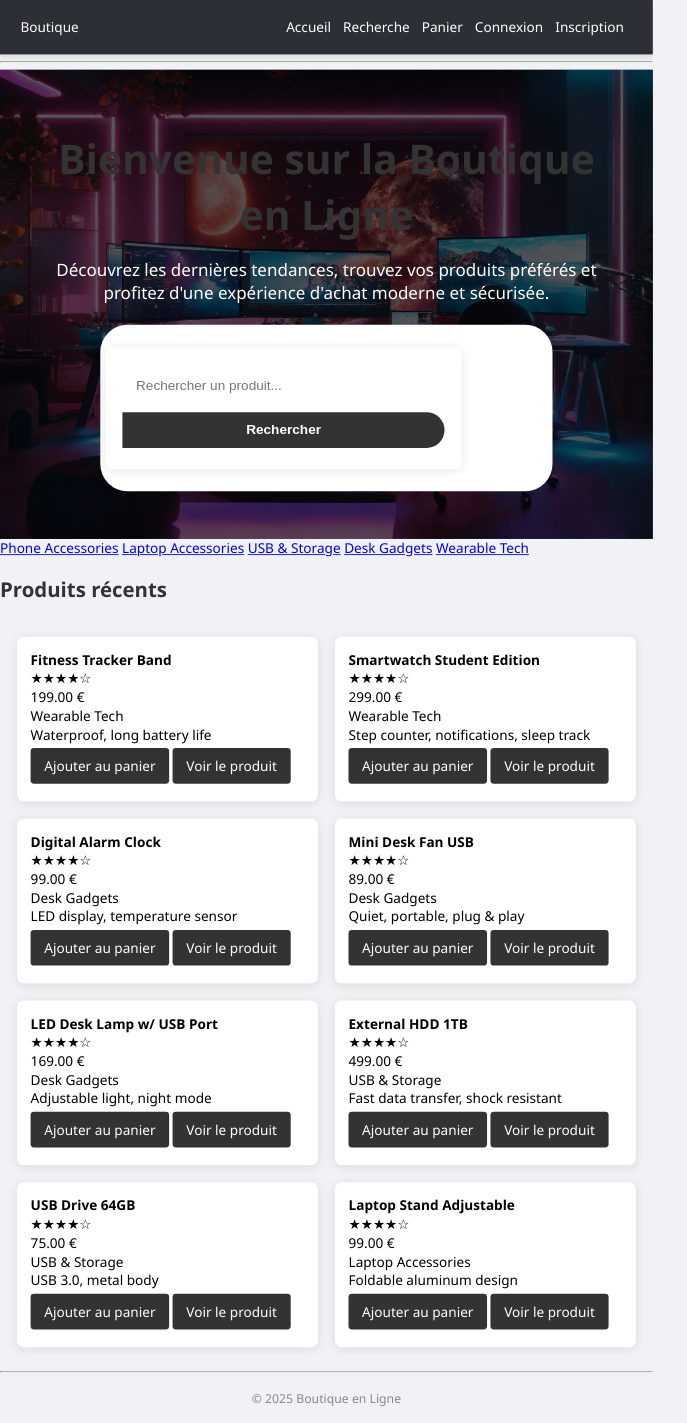
Repository: kiraj-walid/ecomerce
Page: http://localhost/
The author's editor kept a copy of each file at every save. The page is drawn from the files as they stood at one save, then again after the next save.
The browser window is 768 px wide. The page is 768 px wide, then 808 px, so the pictures cover 808 px, including what lies to the right of the window. The pictures show the whole page, at 85% of full size.
The page is run by PHP 8.4 with error messages shown; the project is at /var/www/html/. The database holds what the project's SQL file puts in it. Queries for data that is not in the repository find no rows.

Above is the page before, as saved 2025-05-07 14:59:21.

### index.php
<?php
require_once 'includes/db.php';
require_once 'includes/functions.php';
include 'includes/header.php';

// Récupérer les 8 derniers produits
$products = $pdo->query('SELECT * FROM produits ORDER BY id DESC LIMIT 8')->fetchAll();

// Fetch categories for quick filters
$categories = $pdo->query("SELECT DISTINCT categorie FROM produits WHERE categorie IS NOT NULL AND categorie != ''")->fetchAll(PDO::FETCH_COLUMN);
?>

<div class="hero-section">
    <img src="assets/images/landingpage.webp" alt="Boutique en Ligne" class="hero-bg-img">
    <div class="hero-overlay"></div>
    <div class="hero-content">
        <div class="hero-text">
            <h1>Bienvenue sur la Boutique en Ligne</h1>
            <p>Découvrez les dernières tendances, trouvez vos produits préférés et profitez d'une expérience d'achat moderne et sécurisée.</p>
        </div>
        <div class="hero-search">
            <form action="search.php" method="GET">
                <input type="text" name="q" placeholder="Rechercher un produit..." class="search-input">
                <button type="submit" class="hero-btn">Rechercher</button>
            </form>
        </div>
    </div>
</div>

<?php if (!empty($categories)) : ?>
<div class="category-filters">
    <?php foreach ($categories as $cat) : ?>
        <a href="search.php?category=<?= urlencode($cat) ?>" class="category-card"><?= htmlspecialchars($cat) ?></a>
    <?php endforeach; ?>
</div>
<?php endif; ?>

<h2 class="recent-products-title">Produits récents</h2>

<?php if (count($products) === 0) : ?>
    <p class="no-products">Aucun produit disponible.</p>
<?php else : ?>
    <div class="product-listing">
    <?php foreach ($products as $prod) : ?>
        <div class="product-card">
            <?php
            $stmt_imgs = $pdo->prepare('SELECT image FROM images_produit WHERE produit_id = ?');
            $stmt_imgs->execute([$prod['id']]);
            $images = $stmt_imgs->fetchAll(PDO::FETCH_COLUMN);
            ?>
            <div class="product-gallery">
                <?php if ($images && count($images) > 0): ?>
                    <span onclick="prevImg(<?= $prod['id'] ?>)" class="gallery-arrow gallery-arrow-left">
                        <svg width="24" height="24" viewBox="0 0 24 24"><polyline points="15 18 9 12 15 6" fill="none" stroke="#333" stroke-width="2" stroke-linecap="round" stroke-linejoin="round"/></svg>
                    </span>
                    <img src="assets/images/<?= htmlspecialchars($images[0]) ?>" alt="<?= htmlspecialchars($prod['nom']) ?>" id="main-img-<?= $prod['id'] ?>">
                    <span onclick="nextImg(<?= $prod['id'] ?>)" class="gallery-arrow gallery-arrow-right">
                        <svg width="24" height="24" viewBox="0 0 24 24"><polyline points="9 6 15 12 9 18" fill="none" stroke="#333" stroke-width="2" stroke-linecap="round" stroke-linejoin="round"/></svg>
                    </span>
                    <?php if (count($images) > 1): ?>
                        <script>
                        var imgs<?= $prod['id'] ?> = <?= json_encode($images) ?>;
                        var idx<?= $prod['id'] ?> = 0;
                        function nextImg(pid) {
                            if (window['idx'+pid] < window['imgs'+pid].length-1) window['idx'+pid]++;
                            else window['idx'+pid]=0;
                            document.getElementById('main-img-'+pid).src = 'assets/images/' + window['imgs'+pid][window['idx'+pid]];
                        }
                        function prevImg(pid) {
                            if (window['idx'+pid] > 0) window['idx'+pid]--;
                            else window['idx'+pid]=window['imgs'+pid].length-1;
                            document.getElementById('main-img-'+pid).src = 'assets/images/' + window['imgs'+pid][window['idx'+pid]];
                        }
                        window['imgs'+<?= $prod['id'] ?>] = imgs<?= $prod['id'] ?>;
                        window['idx'+<?= $prod['id'] ?>] = 0;
                        </script>
                    <?php endif; ?>
                <?php endif; ?>
            </div>
            <strong><?= htmlspecialchars($prod['nom']) ?></strong><br>
            <div class="product-rating">★★★★☆</div>
            <span><?= number_format($prod['prix'], 2) ?> €</span><br>
            <span><?= htmlspecialchars($prod['categorie']) ?></span><br>
            <div class="product-desc">
                <?= htmlspecialchars(mb_strimwidth($prod['description'], 0, 80, '...')) ?>
            </div>
            <a href="cart.php?add=<?= $prod['id'] ?>" class="add-to-cart-btn">Ajouter au panier</a>
            <a href="product.php?id=<?= $prod['id'] ?>" class="product-details-btn">Voir le produit</a>
        </div>
    <?php endforeach; ?>
    </div>
<?php endif; ?>

<?php include 'includes/footer.php'; ?>

### includes/db.php
<?php
// Connexion à la base de données
$host = 'localhost';
$db   = 'boutique';
$user = 'root';
$pass = '';
$charset = 'utf8mb4';

$dsn = "mysql:host=$host;dbname=$db;charset=$charset";
$options = [
    PDO::ATTR_ERRMODE            => PDO::ERRMODE_EXCEPTION,
    PDO::ATTR_DEFAULT_FETCH_MODE => PDO::FETCH_ASSOC,
    PDO::ATTR_EMULATE_PREPARES   => false,
];
try {
     $pdo = new PDO($dsn, $user, $pass, $options);
} catch (PDOException $e) {
     exit('Erreur de connexion à la base de données : ' . $e->getMessage());
}

### includes/functions.php
<?php
session_start();

function is_logged_in() {
    return isset($_SESSION['user_id']);
}

function is_admin() {
    return isset($_SESSION['role']) && $_SESSION['role'] === 'admin';
}

function redirect($url) {
    header('Location: ' . $url);
    exit();
}

### includes/header.php
<?php
require_once __DIR__ . '/functions.php';
?>
<!DOCTYPE html>
<html lang="fr">
<head>
    <meta charset="UTF-8">
    <title>Boutique en Ligne</title>
    <link rel="stylesheet" href="assets/css/style.css">
</head>
<body>
<nav class="navbar">
    <div class="navbar-container">
        <a href="index.php" class="navbar-logo">Boutique</a>
        <div class="navbar-links">
            <a href="index.php">Accueil</a>
            <a href="search.php">Recherche</a>
            <a href="cart.php">Panier</a>
            <?php if (is_logged_in()): ?>
                <?php if (is_admin()): ?>
                    <a href="admin/dashboard.php">Admin</a>
                <?php else: ?>
                    <a href="profile.php">Mon Profil</a>
                <?php endif; ?>
                <a href="logout.php" class="logout">Déconnexion</a>
            <?php else: ?>
                <a href="login.php">Connexion</a>
                <a href="register.php">Inscription</a>
            <?php endif; ?>
        </div>
    </div>
</nav>
<hr>

### includes/footer.php
<hr>
<footer>
    <p>&copy; <?php echo date('Y'); ?> Boutique en Ligne</p>
</footer>
</body>
</html>

### assets/css/style.css
body {
    font-family: 'Segoe UI', sans-serif;
    background-color: #f0f2f5;
    margin: 0;
    padding: 0;
    overflow-x: hidden;
  }

  nav {
    background-color: #333;
    color: #fff;
    padding: 10px;
  }

  nav a {
    color: #fff;
    margin-right: 10px;
    text-decoration: none;
  }

  h1, h2 {
    color: #333;
  }

  form {
    background-color: #fff;
    padding: 20px;
    margin: 20px 0;
    border-radius: 8px;
    max-width: 400px;
    box-shadow: 0px 2px 12px rgba(0, 0, 0, 0.1);
  }

  input, button {
    margin: 5px 0;
    padding: 12px;
    width: 100%;
    box-sizing: border-box;
  }

  footer {
    text-align: center;
    color: #888;
    font-size: 0.9em;
    margin: 20px 0;
  }

  .navbar {
    background-color: #2c2f35;
    color: #fff;
    padding: 0;
    box-shadow: 0px 4px 8px rgba(0, 0, 0, 0.1);
  }

  .navbar-container {
    max-width: 1200px;
    margin: 0 auto;
    display: flex;
    align-items: center;
    justify-content: space-between;
    padding: 0 24px;
    height: 64px;
  }

  .hero-section {
    position: relative;
    width: 100%;
    min-height: 420px;
    display: flex;
    align-items: center;
    justify-content: center;
    overflow: hidden;
    background-color: #1a1d21;
  }

  .hero-bg-img {
    position: absolute;
    width: 100%;
    height: 100%;
    object-fit: cover;
    z-index: 1;
    opacity: 0.85;
  }

  .hero-overlay {
    position: absolute;
    width: 100%;
    height: 100%;
    background-color: rgba(0, 0, 0, 0.6);
    z-index: 2;
  }

  .hero-content {
    position: relative;
    z-index: 3;
    text-align: center;
    color: #fff;
    padding: 40px;
  }

  .hero-text h1 {
    font-size: 3em;
    margin-bottom: 16px;
    font-weight: bold;
  }

  .hero-text p {
    font-size: 1.25em;
    margin-bottom: 24px;
  }

  .hero-search {
    display: flex;
    align-items: center;
    background-color: #fff;
    border-radius: 32px;
    box-shadow: 0 2px 12px rgba(0, 0, 0, 0.1);
    width: 90%;
    max-width: 520px;
    margin: 16px auto;
    padding: 6px;
  }

  .hero-search input {
    flex: 1;
    padding: 12px 16px;
    border: none;
    border-radius: 32px 0 0 32px;
    outline: none;
    font-size: 1em;
  }

  .hero-search button {
    padding: 12px 24px;
    border: none;
    background-color: #333;
    color: #fff;
    border-radius: 0 32px 32px 0;
    cursor: pointer;
    font-weight: bold;
    font-size: 1em;
  }

  .hero-search button:hover {
    background-color: #555;
  }

  .product-listing {
    display: grid;
    grid-template-columns: repeat(auto-fill, minmax(250px, 1fr));
    gap: 20px;
    padding: 20px;
  }

  .product-card {
    background-color: #fff;
    padding: 16px;
    border-radius: 8px;
    box-shadow: 0px 2px 12px rgba(0, 0, 0, 0.1);
    transition: transform 0.3s, box-shadow 0.3s;
  }

  .product-card:hover {
    transform: translateY(-4px);
    box-shadow: 0px 4px 16px rgba(0, 0, 0, 0.15);
  }

  .product-gallery img {
    width: 100%;
    height: auto;
    border-radius: 6px;
    margin-bottom: 8px;
  }

  .add-to-cart-btn, .product-details-btn {
    display: inline-block;
    padding: 10px 16px;
    margin: 5px 0;
    background-color: #333;
    color: #fff;
    text-decoration: none;
    border-radius: 4px;
    transition: background-color 0.3s;
  }

  .add-to-cart-btn:hover, .product-details-btn:hover {
    background-color: #555;
  }

### sql/schema.sql (the tables this page reads)
CREATE TABLE IF NOT EXISTS produits (
    id INT AUTO_INCREMENT PRIMARY KEY,
    nom VARCHAR(100),
    description TEXT,
    prix DECIMAL(10,2),
    categorie VARCHAR(50),
    image VARCHAR(255)
);

INSERT INTO produits (nom, prix, description, categorie) VALUES
('Silicone Phone Case', 39, 'Ultra-thin, shockproof, multiple colors', 'Phone Accessories'),
('Wireless Earbuds', 129, 'Bluetooth 5.0, 4h battery life', 'Phone Accessories'),
('Magnetic Phone Holder', 49, 'For car or desk, 360° rotation', 'Phone Accessories'),
('Fast Charging Cable (Type-C)', 29, 'Braided, durable, 1.5m length', 'Phone Accessories');

INSERT INTO produits (nom, prix, description, categorie) VALUES
('Laptop Cooling Pad', 139, '5 silent fans, adjustable tilt angles', 'Laptop Accessories'),
('Wireless Mouse', 79, 'Compact, USB receiver included', 'Laptop Accessories'),
('Laptop Stand Adjustable', 99, 'Foldable aluminum design', 'Laptop Accessories');

INSERT INTO produits (nom, prix, description, categorie) VALUES
('USB Drive 64GB', 75, 'USB 3.0, metal body', 'USB & Storage'),
('External HDD 1TB', 499, 'Fast data transfer, shock resistant', 'USB & Storage');

INSERT INTO produits (nom, prix, description, categorie) VALUES
('LED Desk Lamp w/ USB Port', 169, 'Adjustable light, night mode', 'Desk Gadgets'),
('Mini Desk Fan USB', 89, 'Quiet, portable, plug & play', 'Desk Gadgets'),
('Digital Alarm Clock', 99, 'LED display, temperature sensor', 'Desk Gadgets');

INSERT INTO produits (nom, prix, description, categorie) VALUES
('Smartwatch Student Edition', 299, 'Step counter, notifications, sleep track', 'Wearable Tech'),
('Fitness Tracker Band', 199, 'Waterproof, long battery life', 'Wearable Tech');

After the next save:
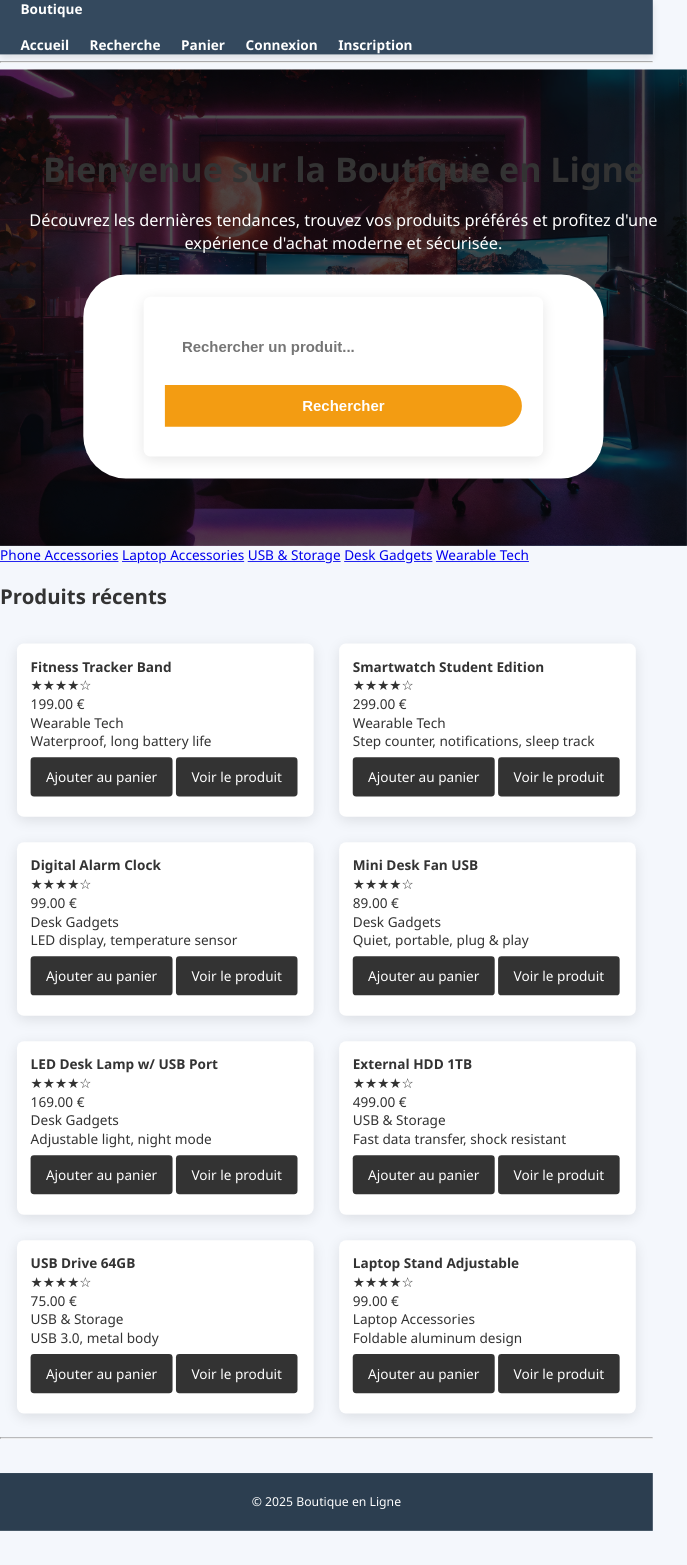
Saved 57 s later.
--- a/assets/css/style.css
+++ b/assets/css/style.css
@@ -1,21 +1,29 @@
 body {
     font-family: 'Segoe UI', sans-serif;
-    background-color: #f0f2f5;
+    background-color: #f4f7fc; /* Slightly lighter background */
     margin: 0;
     padding: 0;
     overflow-x: hidden;
+    color: #333;
   }
 
   nav {
-    background-color: #333;
-    color: #fff;
-    padding: 10px;
+    background-color: #2c3e50; /* Darker navbar for contrast */
+    color: #fff;
+    padding: 15px;
+    box-shadow: 0 4px 8px rgba(0, 0, 0, 0.1);
   }
 
   nav a {
     color: #fff;
-    margin-right: 10px;
+    margin-right: 20px;
     text-decoration: none;
+    font-weight: 600;
+    transition: color 0.3s ease;
+  }
+
+  nav a:hover {
+    color: #f39c12; /* Gold highlight on hover */
   }
 
   h1, h2 {
@@ -24,29 +32,34 @@ body {
 
   form {
     background-color: #fff;
-    padding: 20px;
+    padding: 25px;
     margin: 20px 0;
     border-radius: 8px;
-    max-width: 400px;
-    box-shadow: 0px 2px 12px rgba(0, 0, 0, 0.1);
+    max-width: 420px;
+    box-shadow: 0px 4px 16px rgba(0, 0, 0, 0.1);
   }
 
   input, button {
-    margin: 5px 0;
-    padding: 12px;
+    margin: 10px 0;
+    padding: 14px;
     width: 100%;
     box-sizing: border-box;
+    border-radius: 4px;
+    border: 1px solid #ccc;
   }
 
   footer {
     text-align: center;
     color: #888;
     font-size: 0.9em;
-    margin: 20px 0;
+    margin: 40px 0;
+    padding: 10px;
+    background-color: #2c3e50;
+    color: #fff;
   }
 
   .navbar {
-    background-color: #2c2f35;
+    background-color: #34495e;
     color: #fff;
     padding: 0;
     box-shadow: 0px 4px 8px rgba(0, 0, 0, 0.1);
@@ -65,12 +78,14 @@ body {
   .hero-section {
     position: relative;
     width: 100%;
-    min-height: 420px;
+    min-height: 480px;
     display: flex;
     align-items: center;
     justify-content: center;
-    overflow: hidden;
     background-color: #1a1d21;
+    color: #fff;
+    padding: 40px 20px;
+    text-align: center;
   }
 
   .hero-bg-img {
@@ -79,7 +94,7 @@ body {
     height: 100%;
     object-fit: cover;
     z-index: 1;
-    opacity: 0.85;
+    opacity: 0.75;
   }
 
   .hero-overlay {
@@ -93,19 +108,16 @@ body {
   .hero-content {
     position: relative;
     z-index: 3;
-    text-align: center;
-    color: #fff;
-    padding: 40px;
   }
 
   .hero-text h1 {
-    font-size: 3em;
+    font-size: 3.5em;
     margin-bottom: 16px;
     font-weight: bold;
   }
 
   .hero-text p {
-    font-size: 1.25em;
+    font-size: 1.5em;
     margin-bottom: 24px;
   }
 
@@ -113,42 +125,43 @@ body {
     display: flex;
     align-items: center;
     background-color: #fff;
-    border-radius: 32px;
+    border-radius: 50px;
     box-shadow: 0 2px 12px rgba(0, 0, 0, 0.1);
-    width: 90%;
-    max-width: 520px;
+    width: 80%;
+    max-width: 600px;
     margin: 16px auto;
     padding: 6px;
   }
 
   .hero-search input {
     flex: 1;
-    padding: 12px 16px;
+    padding: 14px 20px;
     border: none;
-    border-radius: 32px 0 0 32px;
+    border-radius: 50px 0 0 50px;
     outline: none;
-    font-size: 1em;
+    font-size: 1.1em;
+    font-weight: 600;
   }
 
   .hero-search button {
-    padding: 12px 24px;
+    padding: 14px 30px;
     border: none;
-    background-color: #333;
-    color: #fff;
-    border-radius: 0 32px 32px 0;
+    background-color: #f39c12; /* Bright yellow button */
+    color: #fff;
+    border-radius: 0 50px 50px 0;
     cursor: pointer;
     font-weight: bold;
-    font-size: 1em;
+    font-size: 1.1em;
   }
 
   .hero-search button:hover {
-    background-color: #555;
+    background-color: #e67e22;
   }
 
   .product-listing {
     display: grid;
-    grid-template-columns: repeat(auto-fill, minmax(250px, 1fr));
-    gap: 20px;
+    grid-template-columns: repeat(auto-fill, minmax(280px, 1fr));
+    gap: 30px;
     padding: 20px;
   }
 
@@ -156,13 +169,13 @@ body {
     background-color: #fff;
     padding: 16px;
     border-radius: 8px;
-    box-shadow: 0px 2px 12px rgba(0, 0, 0, 0.1);
-    transition: transform 0.3s, box-shadow 0.3s;
+    box-shadow: 0px 4px 16px rgba(0, 0, 0, 0.1);
+    transition: transform 0.3s ease, box-shadow 0.3s ease;
   }
 
   .product-card:hover {
-    transform: translateY(-4px);
-    box-shadow: 0px 4px 16px rgba(0, 0, 0, 0.15);
+    transform: translateY(-6px);
+    box-shadow: 0px 8px 24px rgba(0, 0, 0, 0.15);
   }
 
   .product-gallery img {
@@ -174,15 +187,41 @@ body {
 
   .add-to-cart-btn, .product-details-btn {
     display: inline-block;
-    padding: 10px 16px;
-    margin: 5px 0;
+    padding: 12px 18px;
+    margin: 8px 0;
     background-color: #333;
     color: #fff;
     text-decoration: none;
     border-radius: 4px;
-    transition: background-color 0.3s;
+    transition: background-color 0.3s ease;
   }
 
   .add-to-cart-btn:hover, .product-details-btn:hover {
     background-color: #555;
   }
+
+  /* Responsive adjustments */
+  @media screen and (max-width: 768px) {
+    .navbar-container {
+      flex-direction: column;
+      align-items: flex-start;
+    }
+
+    .hero-text h1 {
+      font-size: 2.5em;
+    }
+
+    .hero-text p {
+      font-size: 1.2em;
+    }
+
+    .hero-search {
+      flex-direction: column;
+      width: 100%;
+    }
+
+    .hero-search input, .hero-search button {
+      width: 100%;
+      margin-bottom: 10px;
+    }
+  }
